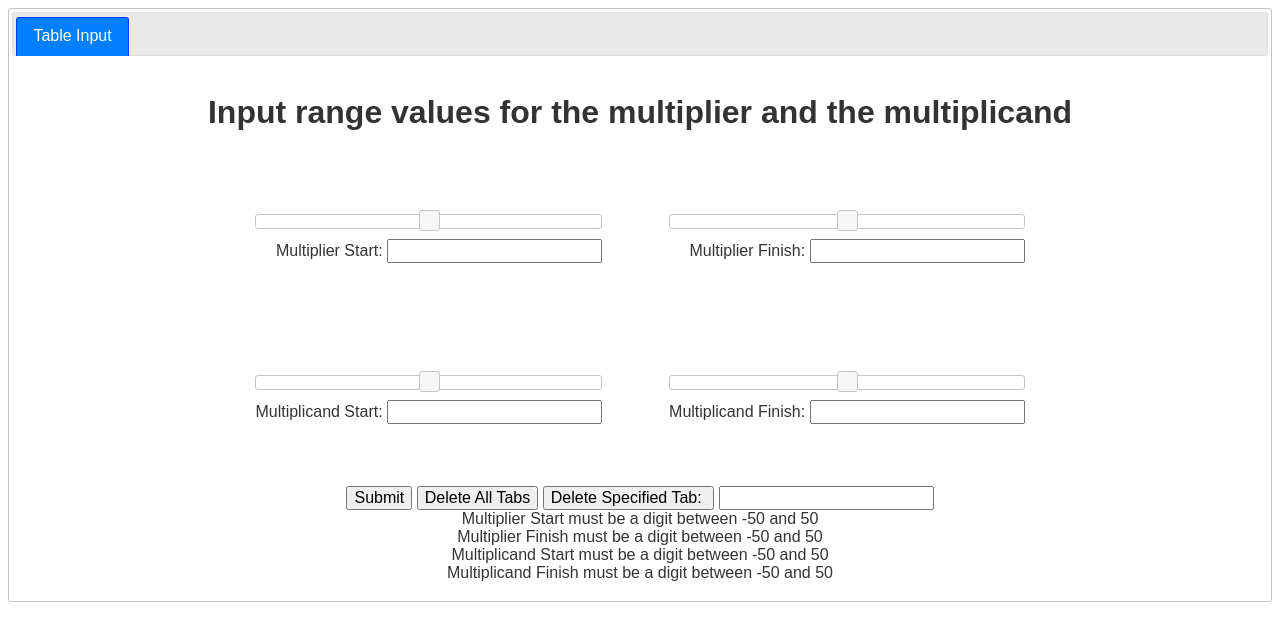
Repository: khrasna/HW4Part2
Page: index.html
An editor plug-in stored every save of this project. The page is shown before and after the next save, followed by the edit.
The browser window is 1280 px wide. The pictures show the whole page.
Some web libraries are served in a nearby version.

Above is the page before, as saved 2021-11-20 13:39:09.

### index.html
<!-- HTML file for Assignment 3
By Karsten Hrasna  email Karsten_Hrasna@student.uml.edu-->
<!DOCTYPE html>
<html>

<head>
    <title>Multiplication Table</title>
    <link rel="stylesheet" href="style.css">
    <script type="text/javascript" src="https://ajax.googleapis.com/ajax/libs/jquery/3.5.1/jquery.min.js"></script>
    <script type="text/javascript" src="dist/jquery.validate.min.js"></script>
    <script type="text/javascript" src="formvalidate.js"></script>
    <script type="text/javascript"
        src="https://ajax.googleapis.com/ajax/libs/jqueryui/1.11.4/jquery-ui.min.js"></script>
    <link rel="stylesheet" href="https://ajax.googleapis.com/ajax/libs/jqueryui/1.11.4/themes/smoothness/jquery-ui.css">
</head>

<body>

    <div id="tabs">
        <ul>
            <li><a href='#tab1'>Table Input</a></li>
        </ul>
        <div id="tab1">
            <h1>Input range values for the multiplier and the multiplicand</h1>
            <!-- Learned from W3schools. Creates a form which takes number ranges for multiplier and multiplicand. -->
            <form id="FormInput" action="javascript:void(0);" method="get">
                <!--Learned about javascript:void(0) from Dutchie432 at https://stackoverflow.com/questions/1818249/form-with-no-action-and-where-enter-does-not-reload-page-->
                <table>
                    <tr>

                        <td class="pad">
                            <div id="slider-1"></div>
                            Multiplier Start: <input input="text" name="MultiplierStart">
                        </td>

                        <td>
                            <div id="slider-2"></div>
                            Multiplier Finish: <input type="text" name="MultiplierFinish">
                        </td>
                    </tr>
                    <tr>
                        <td class="pad">
                            <div id="slider-3"></div>
                            Multiplicand Start: <input type="text" name="MultiplicandStart">
                        </td>

                        <td>
                            <div id="slider-4"></div>
                            Multiplicand Finish: <input type="text" name="MultiplicandFinish">
                        </td>
                    </tr>
                </table>
                <input type="submit" value="Submit">
                <input type="button" name="clear" value="Delete All Tabs">
                <input type="button" name="clearx" value="Delete Specified Tab: ">
                <input type="text" name="clearinput">
                <!--goes directly under form and processes the input to create a mult table-->
            </form>
        </div>
    </div>


</body>

</html>

### style.css
/*Created by Karsten Hrasna. email: Karsten_Hrasna@student.uml.edu*/
html,
body {
    height: 97%;
    text-align: center;
}

#slider-1,
#slider-2,
#slider-3,
#slider-4 {
    margin-bottom: 10px;
    margin-top: 10px;
}

div#tab1 {
    display: grid;
    grid-template-columns: 100%;
    /* top row of grid holds the form for input, the rest of page holds the multiplication table*/
    grid-template-rows: auto;
    height: 97%;

}

#multTable {
    margin: auto;
    border-collapse: separate;
    border-spacing: 0;
    /*the dynamically sized multiplication table */
    margin-top: 0px;
    border-bottom: 0px;

}

input[type=submit] {
    /* submit button under form spaced here */
    margin-top: 10px;
    margin-bottom: 0px;
}

#multTable td,
th {
    border: solid;
    border-color: black;
    min-width: 70px;
    font-size: 30px;
    height: 70px;
}


#multTable th {
    position: sticky;
    top: 0px;
    border-right: solid;
    border-right-color: white;
    border-bottom: solid;
    border-bottom-color: white;
    background-color: black;
    color: white;

}

#multTable th:first-child {
    position: sticky;
    top: 70px;
    left: 0;
}


.sticky {
    position: fixed;
    top: 0px;
    /* get the headers to stay fixed on mult table */
    width: 100%;
}

#multTable tr:first-child th:first-child {
    border: none;
    background-color: white;
}

#multTable p.inputError {
    margin: 0px;
}

form {
    margin-bottom: 0px;
}

table {
    margin-left: auto;
    margin-right: auto;
}

form td {
    text-align: right;
    justify-content: right;
    padding: 50px;
    /*line up the input form textboxes*/
}

form p {
    margin: 0px;
}

td.pad {
    padding-right: 15px;
}

### formvalidate.js
var tabs;

$(function () {
    $("#tabs").tabs();

    $("#slider-1").slider({
        min: -50, //initialize the four sliders to set the values of their respective input boxes
        max: 50,
        slide: function (event, ui) {
            $('input[name="MultiplierStart"]').val(ui.value);
        }
    });
    $("#slider-2").slider({
        min: -50,
        max: 50,
        slide: function (event, ui) {
            $('input[name="MultiplierFinish"]').val(ui.value);
        }
    });
    $("#slider-3").slider({
        min: -50,
        max: 50,
        slide: function (event, ui) {
            $('input[name="MultiplicandStart"]').val(ui.value);
        }
    });
    $("#slider-4").slider({
        min: -50,
        max: 50,
        slide: function (event, ui) {
            $('input[name="MultiplicandFinish"]').val(ui.value);
        }
    });

    $('input[name="MultiplierStart"]').on('keyup', function () { //if the input boxes values are changed, set the slider to that value
        $("#slider-1").slider("option", "value", $('input[name="MultiplierStart"]').val());
    });

    $('input[name="MultiplierFinish"]').on('keyup', function () {
        $("#slider-2").slider("option", "value", $('input[name="MultiplierFinish"]').val());
    });

    $('input[name="MultiplicandStart"]').on('keyup', function () {
        $("#slider-3").slider("option", "value", $('input[name="MultiplicandStart"]').val());
    });

    $('input[name="MultiplicandFinish"]').on('keyup', function () {
        $("#slider-4").slider("option", "value", $('input[name="MultiplicandFinish"]').val());
    });


    $.validator.addMethod("less", function (value, element, params) {
        if (params[0].value == "") {
            return true; // dont want it to say that the start has to be greater than finish if no finish given. instead it will say to give finish value in other error
        } else {
            return this.optional(element) || +value <= +params[0].value;

        } //checks to make sure that the starts are less than the finishes, learned from
    }); // https://jqueryvalidation.org/jQuery.validator.addMethod/

    $.validator.addMethod("checkval", function (value, element) {
        if (value == "") {
            return true; // dont want it to say that the start has to be greater than finish if no finish given. instead it will say to give finish value in other error
        } else {
            return this.optional(element) || +value > 1;

        } //checks to make sure that the starts are less than the finishes, learned from
    });


    $("#FormInput").validate({
        onkeyup: false, //this makes it so the validator doesnt update the error messages whenever new input is typed. only validates when submit is hit.
        onfocusout: false, //learned about onkeyup, and onfocusout at https://www.sitepoint.com/jquery-validation-validate-form-submit/
        rules: {
            MultiplierStart: {
                range: [-50, 50],
                less: $('input[name="MultiplierFinish"]'),
                required: true

            },
            MultiplierFinish: {
                required: true,
                range: [-50, 50]
            },

            MultiplicandStart: {
                range: [-50, 50],
                less: $('input[name="MultiplicandFinish"]'),
                required: true
            },

            MultiplicandFinish: {
                range: [-50, 50],
                required: true
            }
        },

        messages: {
            MultiplierStart: {
                required: "Multiplier Start must be a digit between -50 and 50",
                range: "The range of Multiplier Start must stay within -50 and 50 and only contain numerical digits",
                less: "The value of Multiplier Start must be less than or equal to Multiplier Finish."
            },

            MultiplierFinish: {
                required: "Multiplier Finish must be a digit between -50 and 50",
                range: "The range of Multiplier Finish must stay within -50 and 50 and only contain numerical digits",
            },

            MultiplicandStart: {
                required: "Multiplicand Start must be a digit between -50 and 50",
                range: "The range of Multiplicand Start must stay within -50 and 50 and only contain numerical digits",
                less: "The value of Multiplicand Start must be less than or equal to Multiplicand Finish."
            },

            MultiplicandFinish: {
                required: "Multiplicand Finish must be a digit between -50 and 50",
                range: "The range of Multiplicand Finish must stay within -50 and 50 and only contain numerical digits",
            }


        },

        errorPlacement: function (error, element) {
            $(error).appendTo($(('#FormInput')));
        },
        errorElement: "p"

    });

    if ($("#FormInput").valid()) {
        process();
    }


    $('input[name="clear"]').on("click", function () {
        for (var i = 2; i <= tabs; i++) {
            $("#tabs").find("li:not(:first)").remove();
            $("#tabs").tabs('refresh');
        }
        tabs = 1;
    });

    $('input[name="clearx"]').on("click", function () {
        $('input[name="clearinput"]').rules('remove');
        $('input[name="clearinput"]').rules('add', {
            digits: true,
            required: true,
            range: [2, tabs],
            checkval: true,

            messages: {
                digits: "Please make your specified tab to be deleted contain only numbers within the indicated range.",
                range: "Please choose a tab between 2 and " + tabs,
                checkval: "Please enter a tab value which is greater than 1.",
                required: "Please enter a value for the Delete Specified Tab value."
            }
        });

        if ($("#FormInput").valid()) {
            var removetab = $('input[name="clearinput"]').val();
            $("#tabs").find("li:nth-child(" + removetab + ")").remove();
            $("#tabs").tabs('refresh');
        }

    })
    if (tabs > 1) {
        tabs--;
    }
});

function process() {
    var multStart = $('input[name="MultiplierStart"]').val();
    var multFinish = $('input[name="MultiplierFinish"]').val();
    var multiplicandStart = $('input[name="MultiplicandStart"]').val();
    var multiplicandFinish = $('input[name="MultiplicandFinish"]').val();

    //clear old table and create a table with size based on input given
    const rowVals = [];
    const colVals = []; //these will hold the values of the multiplier and multiplicand
    var rows = multFinish - multStart;
    var cols = multiplicandFinish - multiplicandStart;
    tabs = $("#tabs ul li").length + 1; //number of tabs, learned from https://stackoverflow.com/questions/14702631/in-jquery-ui-1-9-how-do-you-create-new-tabs-dynamically
    for (var i = 0; i <= cols; i++) {
        colVals[i] = (+multiplicandStart + +i); //save the values of the numbers being multiplied
    }
    for (var i = 0; i <= rows; i++) {
        rowVals[i] = (+multStart + +i);
    }
    var table = createTable(rows, cols, rowVals, colVals); //create table based on total rows and cols, and top and left are the sets of multipliers and multiplicands
    table.id = "multTable";
    //adds list item to tab list with parameters as title
    $("#tabs ul").append("<li><a href='#tab" + tabs + "'>" + multStart + " " + multFinish + " " + multiplicandStart + " " + multiplicandFinish + "</a></li>");
    $("#tabs").append("<div id='tab" + tabs + "'></div>"); //also learned from https://stackoverflow.com/questions/14702631/in-jquery-ui-1-9-how-do-you-create-new-tabs-dynamically
    $("#tab" + tabs).append(table); //adds the table to a new tab
    $("#tabs").tabs("refresh");

}

function createTable(rows, cols, rowVals, colVals) {
    var t = document.createElement('table');
    for (var x = 0; x <= rows + 1; x++) { // rows and cols + 1 to indicate ranges of numbers
        var r = document.createElement('tr');
        t.appendChild(r);
        for (var y = 0; y <= cols + 1; y++) { //creates the cols of the table row by row
            if (y == 0) {
                var c = document.createElement('th'); //create and insert element based on position in table
                c.id = "topHeader";
                if (x != 0) {
                    c.innerHTML = rowVals[x - 1]; // - 1 because it is moved over 1 to the right
                }
            } else if (x == 0) {
                var c = document.createElement('th');
                if (y != 0) {
                    c.innerHTML = colVals[y - 1];
                }
            } else {
                var c = document.createElement('td');
                c.innerHTML = rowVals[x - 1] * colVals[y - 1];
                if (((y % 2) + (x % 2)) == 0 || ((y % 2) + (x % 2)) == 2) { // checker board effect
                    c.style.backgroundColor = "gray";
                }
            }
            r.appendChild(c);
        }
    }
    return t;
}

Loaded but not shown: dist/jquery.validate.min.js (library)

After the next save:
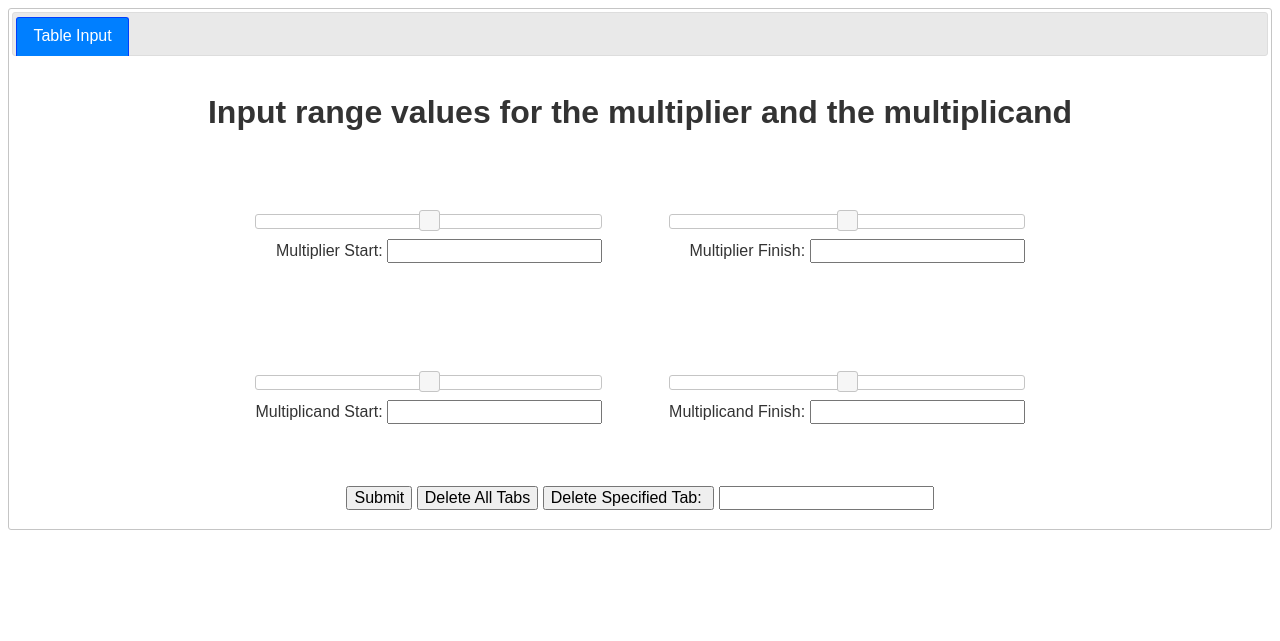
Saved 89 s later.
--- a/formvalidate.js
+++ b/formvalidate.js
@@ -128,9 +128,13 @@ $(function () {
 
     });
 
-    if ($("#FormInput").valid()) {
-        process();
-    }
+
+    $('input[type="submit"]').on('click', function () {
+        if ($("#FormInput").valid()) {
+            process();
+        }
+    });
+
 
 
     $('input[name="clear"]').on("click", function () {
